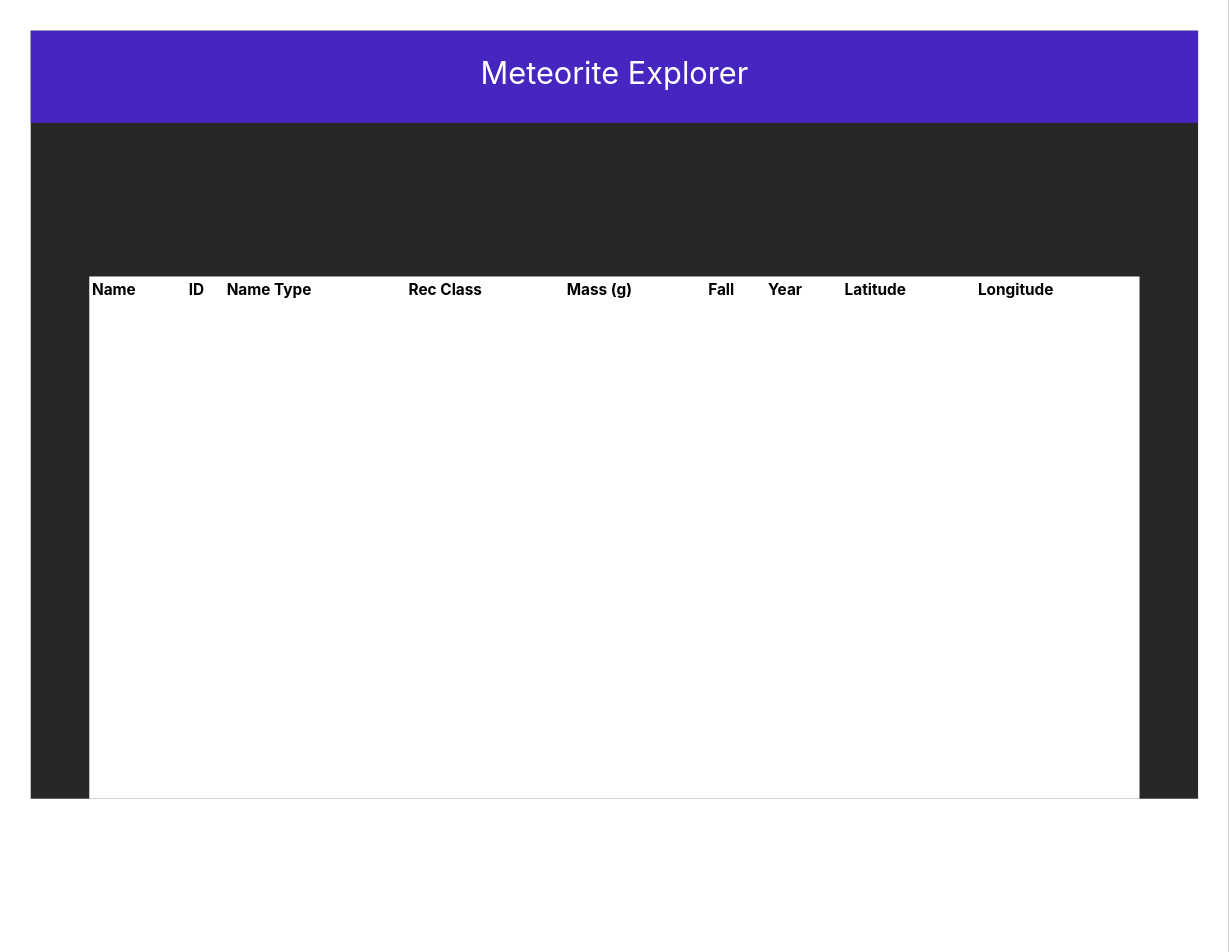
Repository: Tsardines/meteorite-explorer
Page: / (app in meteorite-explorer/)
The author's editor kept a copy of each file at every save. The page is drawn from the files as they stood at one save, then again after the next save.
The browser window is 1280 px wide. The pictures show the whole page, at 96% of full size.
The page's requests for data from a server got no answer. The project was rebuilt for these pictures with package versions that can differ from the ones it lists, and the page was loaded fresh each time. No one was signed in, and anything a server would have sent is missing.

Above is the page before, as saved 2019-05-27 16:58:28.

### meteorite-explorer/src/App.js
import React, { Component } from 'react';
import './App.css';

// import { BootstrapTable, TableHeaderColumn } from 'react-bootstrap-table';
// import 'react-bootstrap-table-next/dist/react-bootstrap-table2.min.css';

// import Table from 'react-bootstrap/Table';

class App extends Component {
  constructor(props) {
    super(props);

  this.state = {
    items: []
  };
  this.componentWillMount = this.componentWillMount.bind(this);
}

componentWillMount() {
  fetch('https://data.nasa.gov/resource/gh4g-9sfh.json')
  .then(res => res.json())
  .then(data => {
    this.setState({ items: data });
  });
}


  render() {

    const { items } = this.state;

    return (


      <div className="wrapper">
        <div className="header">Meteorite Explorer</div>
        <table className="my-table">
          <thead>
            <th>Name</th>
            <th>ID</th>
            <th>Name Type</th>
            <th>Rec Class</th>
            <th>Mass (g)</th>
            <th>Fall</th>
            <th>Year</th>
            <th>Latitude</th>
            <th>Longitude</th>
          </thead>

          <tbody>
          { items.map((item, num) => {
            return (
              <tr>
                <td><p key={num}>{item.name}</p></td>
                <td><p key={num}>{item.id}</p></td>
                <td><p key={num}>{item.nametype}</p></td>
                <td><p key={num}>{item.recclass}</p></td>
                <td><p key={num}>{item.mass}</p></td>
                <td><p key={num}>{item.fall}</p></td>
                <td><p key={num}>{item.year}</p></td>
                <td><p key={num}>{item.reclat}</p></td>
                <td><p key={num}>{item.reclong}</p></td>
              </tr>
            )
          })}
          </tbody>
        </table>
      </div>
    )
  } // render

}

export default App;

### meteorite-explorer/src/App.css
body {
  margin: 2rem;
}

.header {
  background-color: rgb(71, 37, 192);
  color: white;
  font-size: 2rem;
  height: 3rem;
  padding: 1.5rem 0;
  text-align: center;
}

.wrapper {
  background-color: rgb(39, 39, 39);
}

.my-table {
  background-color: white;
  height: 34rem;
  margin: 10rem auto;
  overflow-y: scroll;
  width: 90%;
}

tr:nth-child(odd):hover {
  background-color: rgb(143, 143, 143);
}

thead > th {
  text-align: left;
}

Loaded but not shown: meteorite-explorer/public/index.html (common file); meteorite-explorer/src/index.js (common file); meteorite-explorer/src/index.css (common file); meteorite-explorer/src/serviceWorker.js (common file)

After the next save:
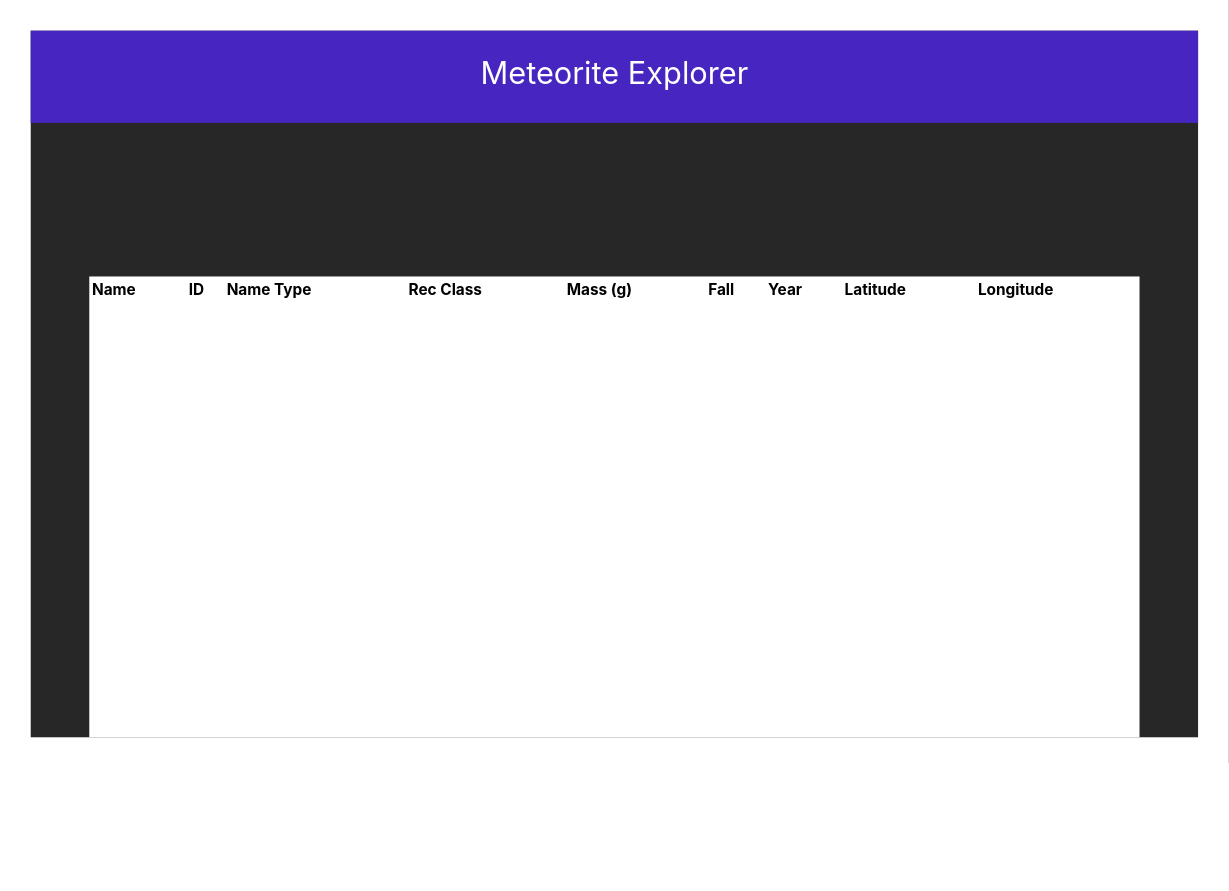
Saved 6 s later.
--- a/meteorite-explorer/src/App.css
+++ b/meteorite-explorer/src/App.css
@@ -17,7 +17,7 @@ body {
 
 .my-table {
   background-color: white;
-  height: 34rem;
+  height: 30rem;
   margin: 10rem auto;
   overflow-y: scroll;
   width: 90%;
